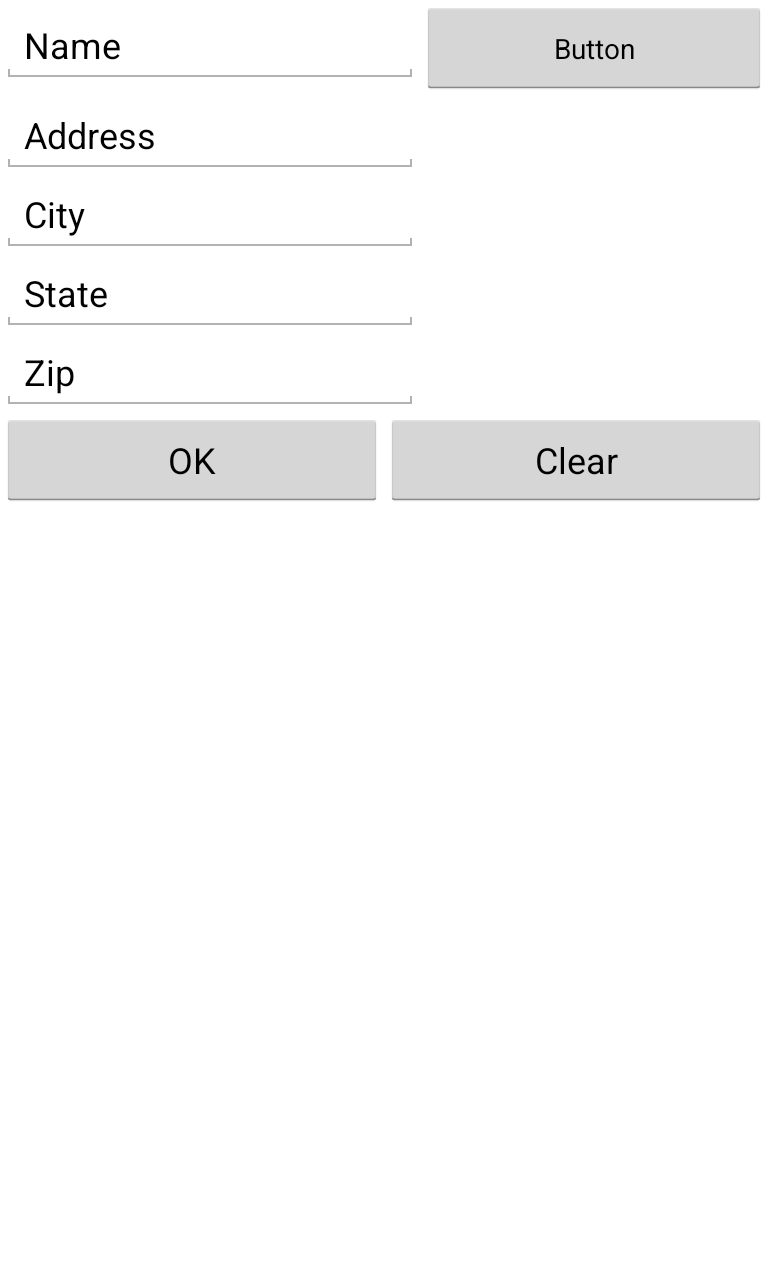
Repository: tavedroid/CIS240
Layout: AddressBook/res/layout/activity_main.xml
An editor plug-in stored every save of this project. The layout is shown before and after the next save, followed by the edit.
It is drawn on a 768 x 1280 px phone screen (xhdpi) without system bars, with theme AppTheme; the app's code is not run.

Above is the layout before, as saved 2012-09-12 16:49:00.

### AddressBook/res/layout/activity_main.xml
<TableLayout xmlns:android="http://schemas.android.com/apk/res/android"
    xmlns:tools="http://schemas.android.com/tools"
    android:layout_width="fill_parent"
    android:layout_height="fill_parent"
    android:stretchColumns="1">

    <TableRow
        android:id="@+id/tableRow1"
        android:layout_width="wrap_content"
        android:layout_height="wrap_content" >

        <EditText
            android:id="@+id/nameprefix"
            android:layout_width="wrap_content"
            android:layout_height="wrap_content"
            android:ems="10"
            android:inputType="textPersonName"
            android:text="Name" />

        <Button
            android:id="@+id/button1"
            style="?android:attr/buttonStyleSmall"
            android:layout_width="wrap_content"
            android:layout_height="wrap_content"
            android:text="Button" />

   </TableRow>

    <TableRow
        android:id="@+id/tableRow2"
        android:layout_width="wrap_content"
        android:layout_height="wrap_content"
        android:visibility="visible" >

        <EditText
            android:id="@+id/fname"
            android:layout_width="wrap_content"
            android:layout_height="wrap_content"
            android:ems="10"
            android:inputType="textPersonName"
            android:text="First Name"
            android:visibility="gone" />

    </TableRow>

    <TableRow
        android:id="@+id/tableRow3"
        android:layout_width="wrap_content"
        android:layout_height="wrap_content"
        android:visibility="visible" >
        <EditText
            android:id="@+id/mname"
            android:layout_width="wrap_content"
            android:layout_height="wrap_content"
            android:ems="10"
            android:inputType="textPersonName"
            android:text="Middle Name"
            android:visibility="gone"/>
    </TableRow>

    <TableRow
        android:id="@+id/tableRow4"
        android:layout_width="wrap_content"
        android:layout_height="wrap_content"
        android:visibility="visible" >
        <EditText
            android:id="@+id/lname"
            android:layout_width="wrap_content"
            android:layout_height="wrap_content"
            android:ems="10"
            android:inputType="textPersonName"
            android:text="Last Name"
            android:visibility="gone"/>
    </TableRow>

    <TableRow
        android:id="@+id/tableRow5"
        android:layout_width="wrap_content"
        android:layout_height="wrap_content" >
    </TableRow>

    <TableRow
        android:id="@+id/tableRow6"
        android:layout_width="wrap_content"
        android:layout_height="wrap_content" >

        <EditText
            android:id="@+id/address"
            android:layout_width="wrap_content"
            android:layout_height="wrap_content"
            android:ems="10"
            android:inputType="textPostalAddress"
            android:text="Address" />

    </TableRow>

    <TableRow
        android:id="@+id/tableRow7"
        android:layout_width="wrap_content"
        android:layout_height="wrap_content" >

        <EditText
            android:id="@+id/city"
            android:layout_width="wrap_content"
            android:layout_height="wrap_content"
            android:ems="10"
            android:text="City" />

    </TableRow>

    <TableRow
        android:id="@+id/tableRow8"
        android:layout_width="wrap_content"
        android:layout_height="wrap_content" >

        <EditText
            android:id="@+id/state"
            android:layout_width="wrap_content"
            android:layout_height="wrap_content"
            android:ems="10"
            android:text="State" />

    </TableRow>

    <TableRow
        android:id="@+id/tableRow9"
        android:layout_width="wrap_content"
        android:layout_height="wrap_content" >

        <EditText
            android:id="@+id/zip"
            android:layout_width="wrap_content"
            android:layout_height="wrap_content"
            android:ems="10"
            android:text="Zip" />

    </TableRow>

    <TableRow
        android:id="@+id/tableRow10"
        android:layout_width="wrap_content"
        android:layout_height="wrap_content" >

        <Button
            android:id="@+id/okbutton"
            android:layout_width="0dp"
            android:layout_height="wrap_content"
            android:layout_weight="1"
            android:text="OK" />

        <Button
            android:id="@+id/clearbutton"
            android:layout_width="0dp"
            android:layout_height="wrap_content"
            android:layout_weight="1"
            android:text="Clear" />
    </TableRow>

    <TableRow
        android:id="@+id/tableRow11"
        android:layout_width="wrap_content"
        android:layout_height="wrap_content" >
    </TableRow>

</TableLayout>

Loaded but not shown: AddressBook/res/values-v11/styles.xml (common file); AddressBook/res/values-v14/styles.xml (common file); AddressBook/res/values/styles.xml (common file)

After the next save:
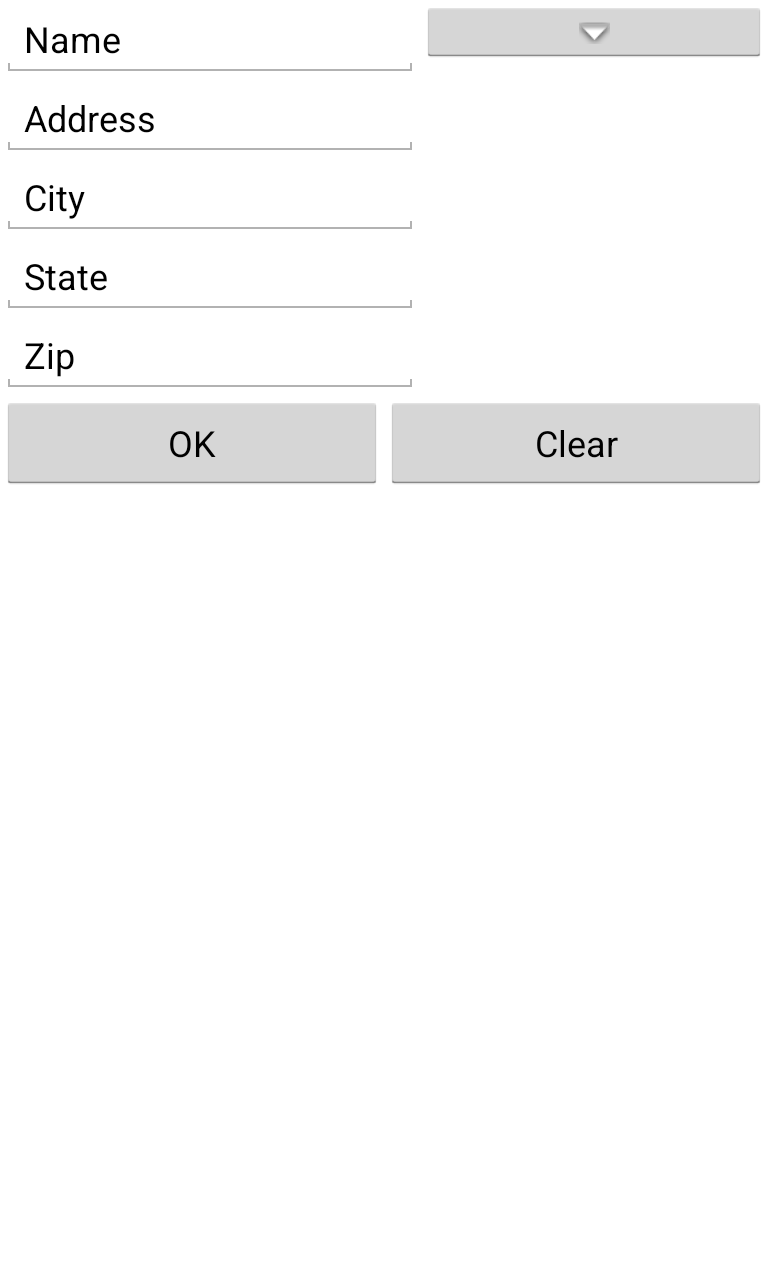
Saved 30 h 55 min later.
--- a/AddressBook/res/layout/activity_main.xml
+++ b/AddressBook/res/layout/activity_main.xml
@@ -2,7 +2,7 @@
     xmlns:tools="http://schemas.android.com/tools"
     android:layout_width="fill_parent"
     android:layout_height="fill_parent"
-    android:stretchColumns="1">
+    android:stretchColumns="1" >
 
     <TableRow
         android:id="@+id/tableRow1"
@@ -17,12 +17,11 @@
             android:inputType="textPersonName"
             android:text="Name" />
 
-        <Button
+        <ImageButton
             android:id="@+id/button1"
-            style="?android:attr/buttonStyleSmall"
             android:layout_width="wrap_content"
             android:layout_height="wrap_content"
-            android:text="Button" />
+            android:src="@android:drawable/arrow_down_float" />
 
    </TableRow>
 
